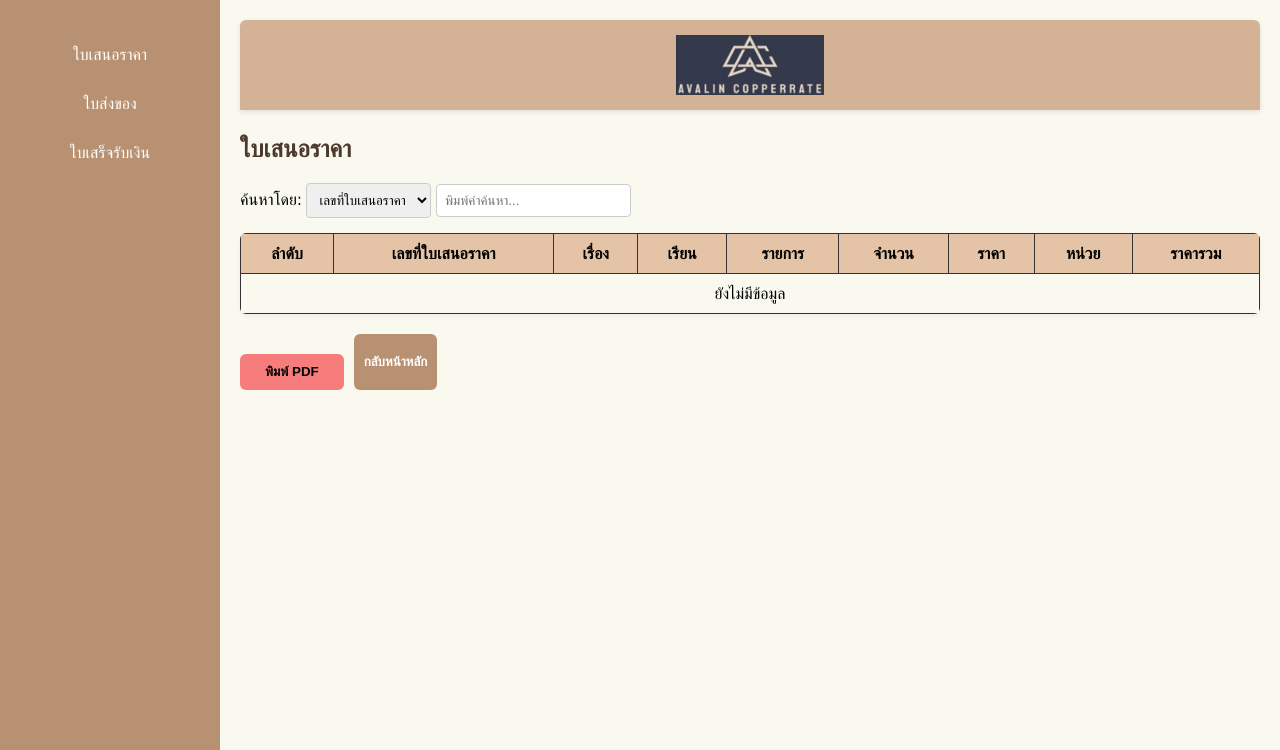
Repository: Hermesmercury88/shop_it
Page: http://localhost/shop/list/all_quotations1.php
The author's editor kept a copy of each file at every save. The page is drawn from the files as they stood at one save, then again after the next save.
The browser window is 1280 px wide. The pictures show the whole page.
The page is run by PHP 8.4 with error messages shown; the project is at /var/www/html/. Queries for data that is not in the repository find no rows.

Above is the page before, as saved 2025-09-22 22:11:16.

### list/all_quotations1.php
<?php
$host = "localhost";
$user = "root";
$pass = "";
$dbname = "shop_it";

// เชื่อมต่อฐานข้อมูล
$conn = new mysqli($host, $user, $pass, $dbname);
if ($conn->connect_error) {
    die("เชื่อมต่อฐานข้อมูลล้มเหลว: " . $conn->connect_error);
}

// ดึงข้อมูลจากตาราง quotations + quotation_items
$sql = "
    SELECT
        q.quotation_no,
        q.subject,
        q.recipient_name,
        i.item_name,
        i.qty,
        i.price,
        i.unit,
        i.total
    FROM quotations q
    JOIN quotation_items i ON i.quotation_id = q.id
    ORDER BY q.id, i.id
";
$result = $conn->query($sql);
?>

<!DOCTYPE html>
<html lang="th">
<head>
<meta charset="UTF-8">
<meta name="viewport" content="width=device-width, initial-scale=1.0">
<title>ใบเสนอราคา</title>

<style>
body {
    margin: 0;
    font-family: Tahoma, sans-serif;
    background: #f9f9ef;
}

/* Sidebar */
.sidebar {
    width: 220px;
    height: 100vh;
    background: #b89172;
    float: left;
    color: #fff;
    display: flex;
    flex-direction: column;
    align-items: center;
    padding-top: 30px;
}
.sidebar a {
    color: #fff;
    text-decoration: none;
    margin: 15px 0;
    display: block;
    width: 100%;
    text-align: center;
    transition: background 0.3s;
}
.sidebar a:hover {
    background: rgba(255,255,255,0.2);
    border-radius: 6px;
}

/* Content */
.content {
    margin-left: 220px;
    padding: 20px;
}

/* Topbar */
.topbar {
    background: #d4b295;
    padding: 15px 0;
    text-align: center;
    margin-bottom: 25px;
    box-sizing: border-box;
    border-radius: 6px 6px 0 0;
    box-shadow: 0 2px 5px rgba(0,0,0,0.1);
}
.topbar img {
    max-height: 60px;
    display: block;
    margin: 0 auto;
}

/* Headline */
h2 {
    margin: 20px 0;
    font-weight: 600;
    color: #4d3a2c;
}

/* Table */
table {
    width: 100%;
    border-collapse: collapse;
    border-radius: 6px;
    overflow: hidden;
    box-shadow: 0 2px 5px rgba(0,0,0,0.05);
}
th, td {
    border: 1px solid #333; /* เส้นชัด */
    padding: 10px;
    text-align: center;
    transition: background 0.3s;
}
th {
    background: #e5c3a6;
    font-weight: 600;
}
tr:nth-child(even) {
    background: #fdf5ef;
}
tr:hover {
    background: #ffe8d0;
}

/* Search box */
.search-box {
    margin: 10px 0 15px;
}
input, select {
    padding: 8px;
    border: 1px solid #ccc;
    border-radius: 4px;
    outline: none;
}
input:focus, select:focus {
    border-color: #b89172;
}

/* PDF button */
.btn-pdf {
    margin-top: 20px;
    background: #f77c7c;
    color: #000;
    padding: 10px 25px;
    border: none;
    border-radius: 6px;
    cursor: pointer;
    font-weight: bold;
    transition: background 0.3s;
}
.btn-pdf:hover {
    background: #f55c5c;
}

/* Print PDF */
/* Print PDF */
@media print {
    @page {
        size: A5 portrait;
        margin: 5mm;  /* กระชับขอบทุกด้าน */
    }

    body {
        background: #fff;
        margin: 0;
        font-size: 12pt;
    }

    .sidebar,
    .search-box,
    .btn-pdf{
        display: none !important;
    }

    .content {
        margin: 0;
        padding: 0;
    }

    table {
        border-collapse: collapse;
        width: 100%;
        border: 2px solid #000;  /* ขอบชัดทุกด้าน */
        margin: 0;
        box-sizing: border-box;
    }

    th, td {
        border: 1px solid #000;  /* เส้นชัด */
        padding: 6px;
        text-align: center;
        box-sizing: border-box;
    }

    tr:nth-child(even) {
        background: #fdf5ef;
    }
}

</style>
</head>
<body>
<div class="sidebar">
    <a href="http://localhost/shop/list/all_quotations1.php">ใบเสนอราคา</a>
    <a href="http://localhost/shop/list/all_deliveries1.php">ใบส่งของ</a>
    <a href="http://localhost/shop/list/all_receipts1.php">ใบเสร็จรับเงิน</a>
</div>

<div class="content">
    <div class="topbar">
        <img src="../pic/logo.png" alt="LOGO">
    </div>

    <h2>ใบเสนอราคา</h2>

    <div class="search-box">
        <label for="searchColumn">ค้นหาโดย: </label>
        <select id="searchColumn">
            <option value="1">เลขที่ใบเสนอราคา</option>
            <option value="2">เรื่อง</option>
            <option value="3">เรียน</option>
        </select>
        <input type="text" id="searchInput" placeholder="พิมพ์คำค้นหา...">
    </div>

    <table id="quotationTable">
        <thead>
            <tr>
                <th>ลำดับ</th>
                <th>เลขที่ใบเสนอราคา</th>
                <th>เรื่อง</th>
                <th>เรียน</th>
                <th>รายการ</th>
                <th>จำนวน</th>
                <th>ราคา</th>
                <th>หน่วย</th>
                <th>ราคารวม</th>
            </tr>
        </thead>
        <tbody>
            <?php
            $no = 1;
            if ($result->num_rows > 0) {
                while($row = $result->fetch_assoc()) {
                    echo "<tr>";
                    echo "<td>" . $no++ . "</td>";
                    echo "<td>" . htmlspecialchars($row['quotation_no']) . "</td>";
                    echo "<td>" . htmlspecialchars($row['subject']) . "</td>";
                    echo "<td>" . htmlspecialchars($row['recipient_name']) . "</td>";
                    echo "<td>" . htmlspecialchars($row['item_name']) . "</td>";
                    echo "<td>" . $row['qty'] . "</td>";
                    echo "<td>" . number_format($row['price'],2) . "</td>";
                    echo "<td>" . htmlspecialchars($row['unit']) . "</td>";
                    echo "<td>" . number_format($row['total'],2) . "</td>";
                    echo "</tr>";
                }
            } else {
                echo "<tr><td colspan='9'>ยังไม่มีข้อมูล</td></tr>";
            }
            ?>
        </tbody>
    </table>

    <div style="margin-top: 20px; display: flex; gap: 10px;">
    <button class="btn-pdf" onclick="window.print()">พิมพ์ PDF</button>
    <button style="padding: 10px 10px; background:#b89172; color:#fff; border:none; border-radius:6px; cursor:pointer; font-weight:bold;"
            onclick="window.location.href='../index.html'">
        กลับหน้าหลัก
    </button>

</div>

<script>
// ฟังก์ชันค้นหา (client side)
document.getElementById("searchInput").addEventListener("keyup", function() {
    let input = this.value.toLowerCase();
    let table = document.getElementById("quotationTable");
    let rows = table.getElementsByTagName("tr");
    let column = parseInt(document.getElementById("searchColumn").value);

    for (let i = 1; i < rows.length; i++) {
        let cell = rows[i].getElementsByTagName("td")[column];
        if (cell) {
            let text = cell.textContent.toLowerCase();
            rows[i].style.display = text.includes(input) ? "" : "none";
        }
    }
});
</script>

</body>
</html>

<?php $conn->close(); ?>

After the next save:
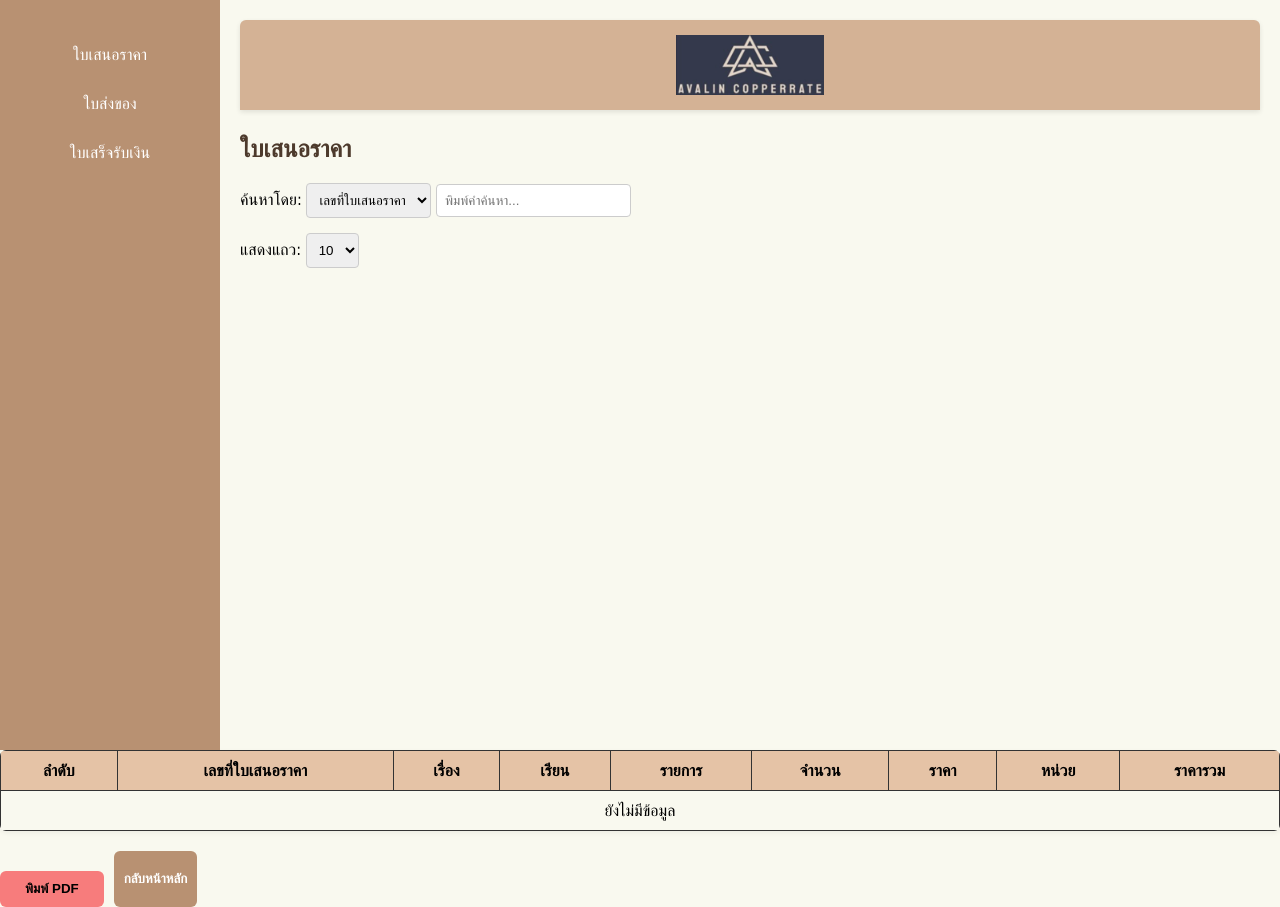
Saved 39 s later.
--- a/list/all_quotations1.php
+++ b/list/all_quotations1.php
@@ -221,6 +221,16 @@
             <option value="3">เรียน</option>
         </select>
         <input type="text" id="searchInput" placeholder="พิมพ์คำค้นหา...">
+    </div>
+
+            <!-- ✅ เพิ่มตัวเลือกจำนวนแถว -->
+        <label for="rowsPerPage">แสดงแถว: </label>
+        <select id="rowsPerPage">
+            <option value="5">5</option>
+            <option value="10" selected>10</option>
+            <option value="20">20</option>
+            <option value="50">50</option>
+        </select>
     </div>
 
     <table id="quotationTable">

After the 5 saves that followed:
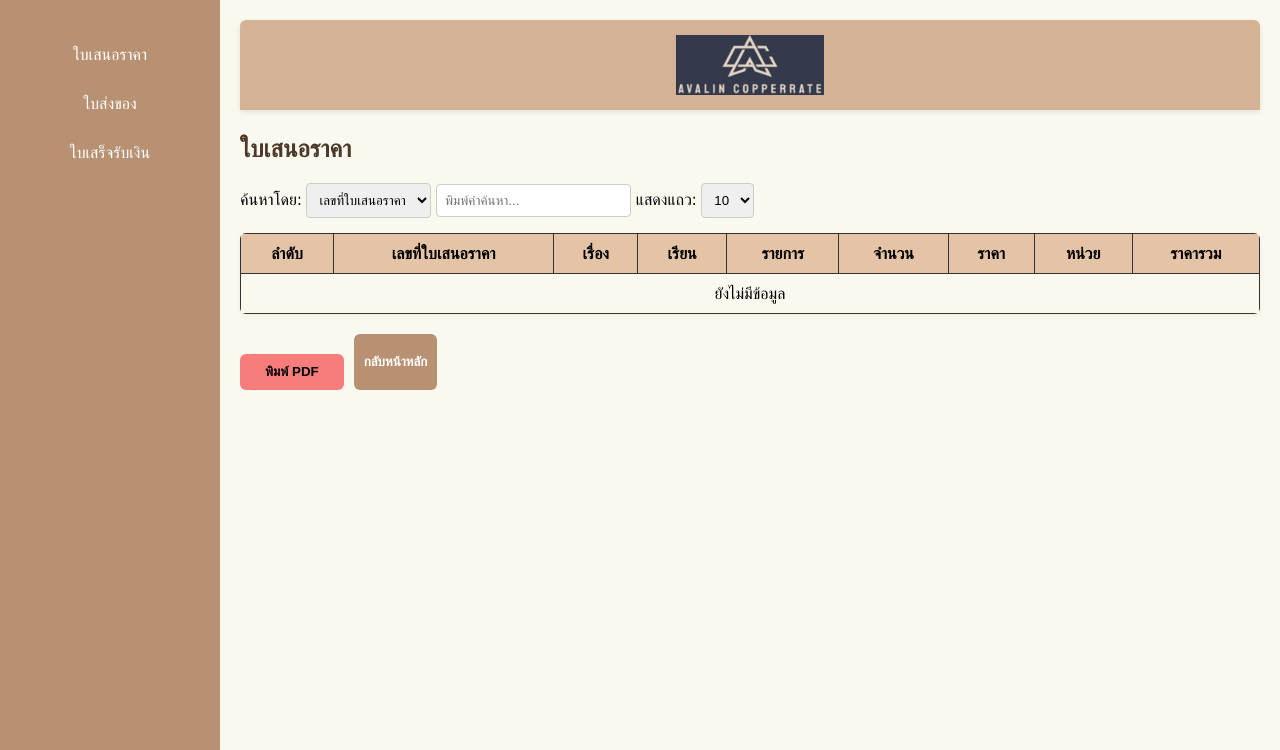
The 5 saves are shown as one change because 1 left the picture as it was and some came seconds apart.
The last was saved 23 s later.
--- a/list/all_quotations1.php
+++ b/list/all_quotations1.php
@@ -221,9 +221,8 @@
             <option value="3">เรียน</option>
         </select>
         <input type="text" id="searchInput" placeholder="พิมพ์คำค้นหา...">
-    </div>
-
-            <!-- ✅ เพิ่มตัวเลือกจำนวนแถว -->
+
+        <!-- ✅ เพิ่มตัวเลือกจำนวนแถว -->
         <label for="rowsPerPage">แสดงแถว: </label>
         <select id="rowsPerPage">
             <option value="5">5</option>
